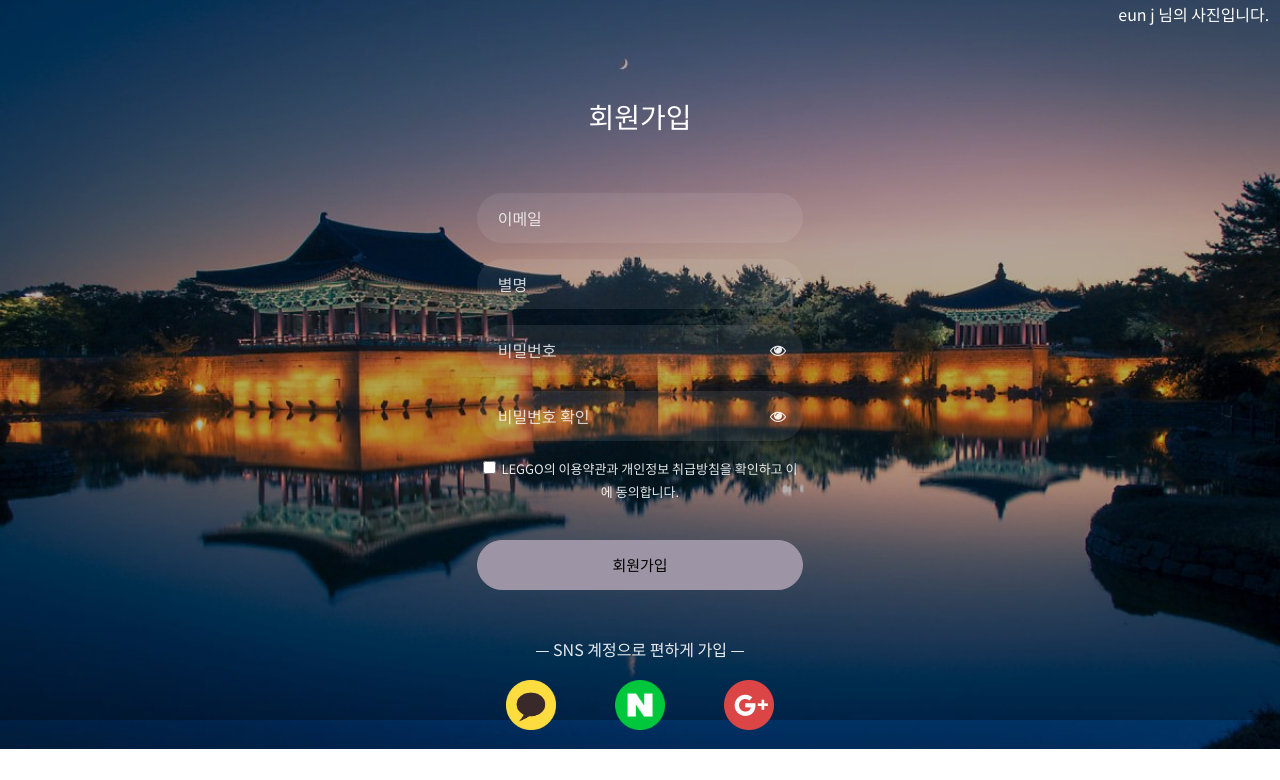
Repository: jangseohyun/LEGGO_2021
Page: http://localhost/PrjApp/Signin.jsp
These files come from the project's save history. The page is drawn as it stood at one moment and after the next save; the edit follows.
The browser window is 1280 px wide. The pictures show the whole page.
The page is served by Tomcat 9.

Above is the page before, as saved 2021-06-28 11:49:23.

After the next save:
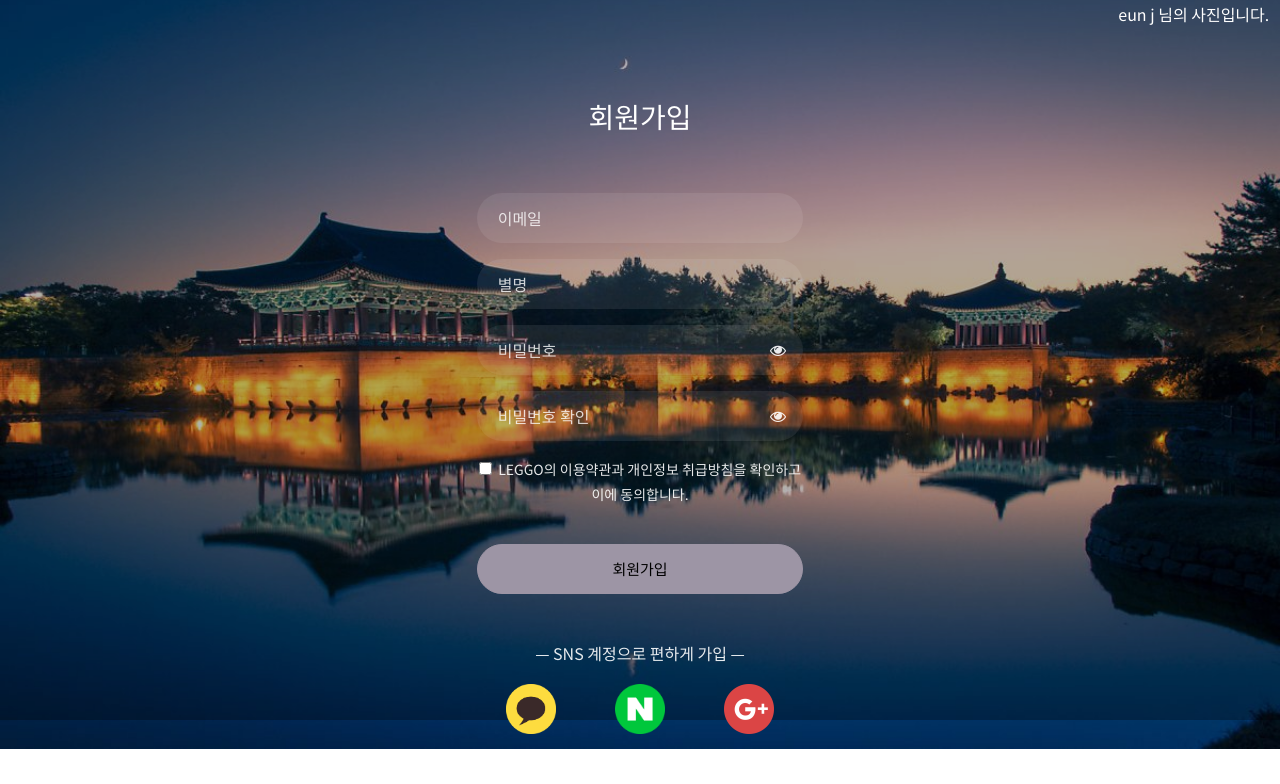
Saved 6 s later.
--- a/PrjApp/WebContent/Signin.jsp
+++ b/PrjApp/WebContent/Signin.jsp
@@ -69,7 +69,7 @@ body
 									class="fa fa-fw fa-eye field-icon toggle-password"></span>
 							</div>
 							<div class="text-center">
-								 <label style="font-size: 13px;"> <input type="checkbox" id="agreecheck" style="width: 13px; height: 13px;" value="agreed">&nbsp;&nbsp;LEGGO의 이용약관과 개인정보 취급방침을 확인하고 이에 동의합니다.</label>
+								 <label style="font-size: 14px;"> <input type="checkbox" id="agreecheck" style="width: 13px; height: 13px;" value="agreed">&nbsp;&nbsp;LEGGO의 이용약관과 개인정보 취급방침을 확인하고 이에 동의합니다.</label>
 							</div>
 							<div class="form-group">
 								<br>
